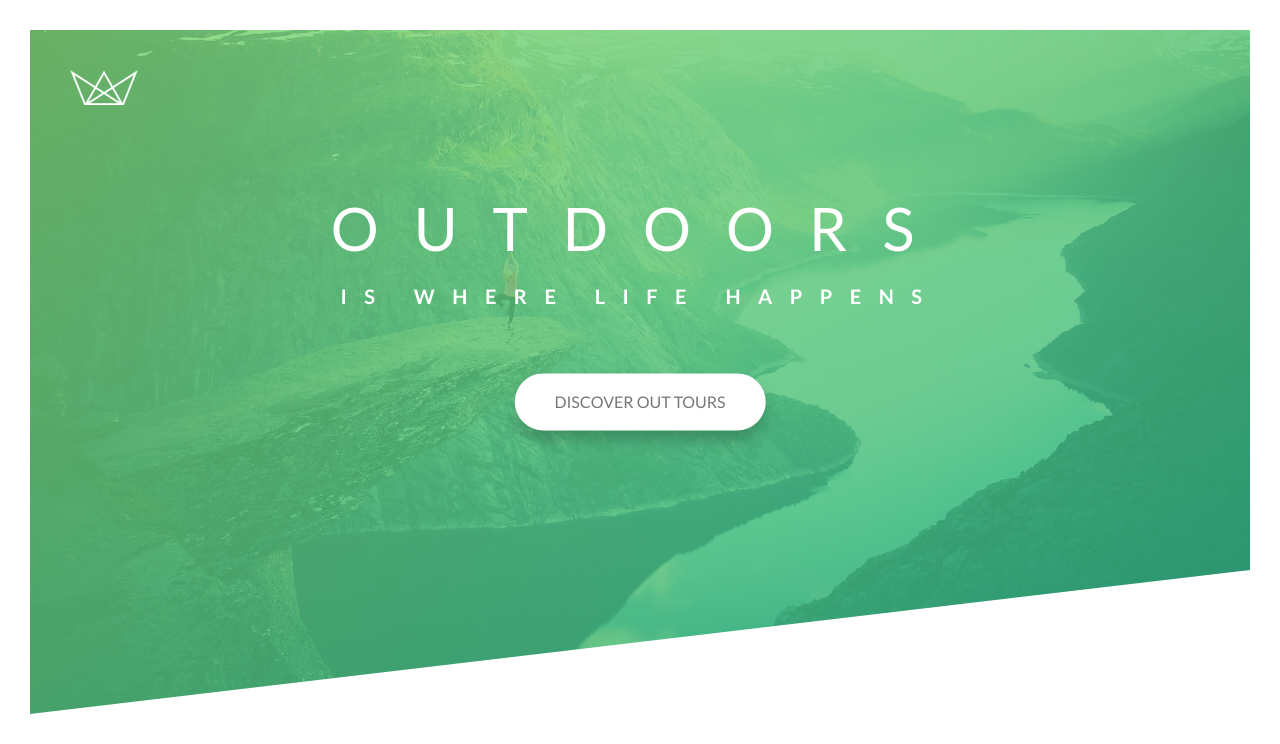
Repository: kamilluc/advanced-css-course
Page: Natours/my-implementation/index.html
These files come from the project's save history. The page is drawn as it stood at one moment and after the next save; the edit follows.
The browser window is 1280 px wide. The pictures show the whole page.

Above is the page before, as saved 2019-05-24 23:39:27.

After the next save:
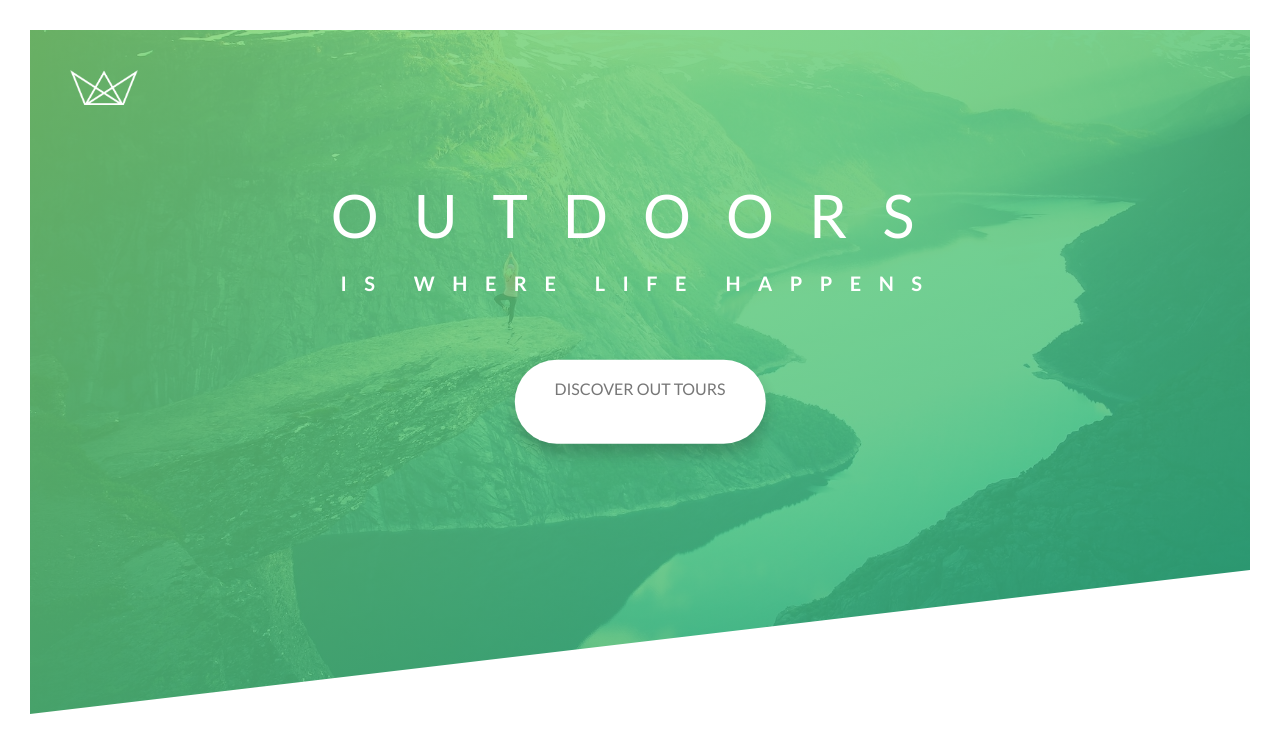
Saved 20 s later.
--- a/Natours/my-implementation/css/style.css
+++ b/Natours/my-implementation/css/style.css
@@ -137,7 +137,7 @@ body {
   color: #777;
 }
 
-.brn::after {
+.btn::after {
   content: "";
   display: inline-block;
   height: 110%;
